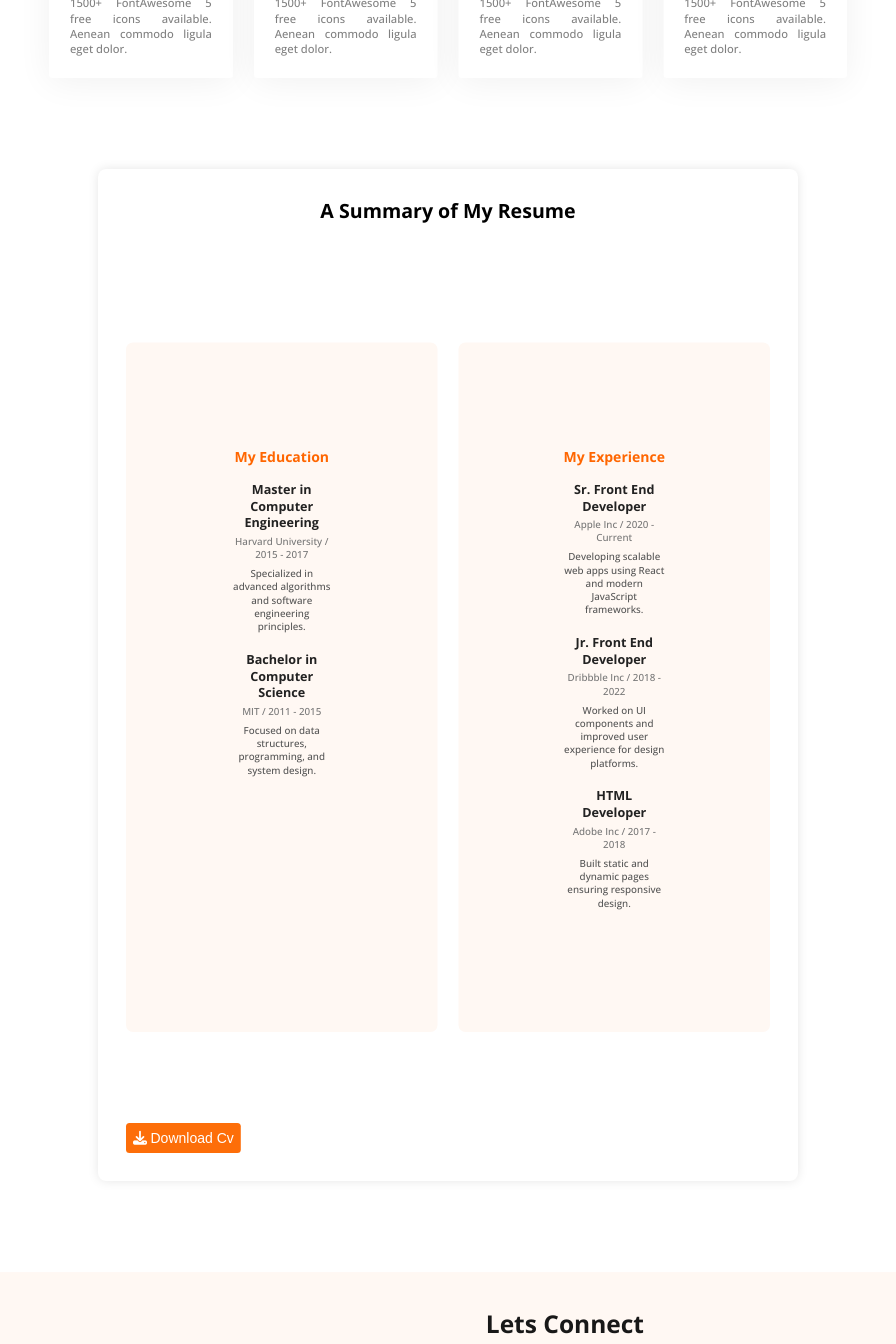
Repository: nahid-hasann/website-1
Page: index.html
The author's editor kept a copy of each file at every save. The page is drawn from the files as they stood at one save, then again after the next save.
The browser window is 1280 px wide. The pictures show the part of the page from y = 2015 to 3935 px (the page is 4383 px tall before and 4060 px after), at 70% of full size.

Above is the page before, as saved 2025-07-08 14:39:14.

### index.html
<!DOCTYPE html>
<html lang="en">
<head>
    <meta charset="UTF-8">
    <meta name="viewport" content="width=device-width, initial-scale=1.0">
    <title>Document</title>
    <link rel="preconnect" href="https://fonts.googleapis.com">
<link rel="preconnect" href="https://fonts.gstatic.com" crossorigin>
<link href="https://fonts.googleapis.com/css2?family=Open+Sans:ital,wght@0,300..800;1,300..800&display=swap" rel="stylesheet">
<link rel="stylesheet" href="style.css">
<link rel="stylesheet" href="https://cdnjs.cloudflare.com/ajax/libs/font-awesome/6.7.2/css/all.min.css" integrity="sha512-Evv84Mr4kqVGRNSgIGL/F/aIDqQb7xQ2vcrdIwxfjThSH8CSR7PBEakCr51Ck+w+/U6swU2Im1vVX0SVk9ABhg==" crossorigin="anonymous" referrerpolicy="no-referrer" />
</head>
<body class="open-sans-nahid">

<header class="main-header">
    <nav class="header">
          <div>
            <h3 class="nav-title">Ma<span style="color: #fd6e09;">r</span>y</h3>
          </div>
          <div class="menu">
            <ul>
            <li><a href="" class="dark-2" >Portfolio</a></li>
            <li><a  class="dark-2" href="">Blog</a></li>
            <li><button class="hire-me">Hire Me</button></li>
          </ul>
          </div>
    </nav>

    <div class="banner">

      <div class="banner-container">
        <h4 style="font-size: 45px; font-weight: 400;" class="dark-2">Hi, I  am</h4>
        <h1 style="font-size: 85px;">Mary Hardy</h1>
        <br>
        <p class="banner-description dark-2">
          Shot what able cold new see hold.Friendly as an betrayed formerly he. Morning because as to society behaved moments.
        </p>
        <br>
        <br>
        <button class="hire-me" style="margin-right: 20px;"><i class="fa-solid fa-download" style="margin-right: 5px;"></i>Download Cv</button>
        <button class="btn-2"><i class="fa-solid fa-phone" style="margin-right: 5px;"></i>Contact</button>
      </div>
      <img class="banner-img" src="images/hardy.png" alt="">

    </div>

</header>

<main >

  <section class="section">
      <h3 class="section-title">About Me</h3>
      <p style="font-size: 18px; color: grey; margin-top: 30px;">I, m a designer & developer with a passion for web design. I enjoy developing simple, clean and slick websites that provide real value to the end user. Thousands of clients have procured exceptional resulfs while working with me. Delivering work within time and budget which meets clients requirements in our mata.</p>

      <div class="about-items">

    <div class="about-item">
      <p class="item-title">Name:</p>
      <p class="item-description">Mary Hardy</p>
    </div>
    <div class="about-item">
      <p class="item-title">Email:</p>
      <p class="item-description">info@gmail.com</p>
    </div>
    <div class="about-item">
      <p class="item-title">Date of birth:</p>
      <p class="item-description">11 November 1987</p>
    </div>
    <div class="about-item">
      <p class="item-title">From:</p>
      <p class="item-description">Los Angeles, USA</p>
    </div>

  </div>

  </section>

  <section class="skiill">
            <h3 class="section-title">What I do</h3>
            <p style="font-size: 18px; color: grey; margin-top: 30px; width: 909px; margin: 0px auto; margin-top: 30px;">I have more than 10 years experience building software for clients all over the world. Below is a quick overview of my main technical skill sets and technologies i use. Want to find out more about my experience? Check out my online resume and project portfolio.</p>

         <div class="skills-container">

          <div class="skkis-veriation">
            <img src="images/icons/js.png" alt="" class="skiils-img">
            <p class="skills-heading">Vanilla JavaScript</p>
            <p class="skiils-description"> List skill/technologies here. You can change the icon above to any of the 1500+ FontAwesome 5 free icons available. Aenean commodo ligula eget dolor.</p>
          </div>
          <div class="skkis-veriation">
            <img src="images/icons/react.png" alt="" class="skiils-img">
            <p class="skills-heading">React</p>
            <p class="skiils-description">List skill/technologies here. You can change the icon above to any of the 1500+ FontAwesome 5 free icons available. Aenean commodo ligula eget dolor.</p>
          </div>
          <div class="skkis-veriation">
            <img src="images/icons/nodejs.png" alt="" class="skiils-img">
            <p class="skills-heading">Node.js</p>
            <p class="skiils-description">List skill/technologies here. You can change the icon above to any of the 1500+ FontAwesome 5 free icons available. Aenean commodo ligula eget dolor.</p>
          </div>
          <div class="skkis-veriation">
            <img src="images/icons/mongo.png" alt="" class="skiils-img">
            <p class="skills-heading">MongoDB</p>
            <p class="skiils-description">List skill/technologies here. You can change the icon above to any of the 1500+ FontAwesome 5 free icons available. Aenean commodo ligula eget dolor.</p>
          </div>

         </div>

  </section>

  <section>

<div class="container">
    <h2>A Summary of My Resume</h2>
    <div class="grid">
      <div class="section">
        <h3>My Education</h3>
        <div class="item">
          <h4>Master in Computer Engineering</h4>
          <span>Harvard University / 2015 - 2017</span>
          <p>Specialized in advanced algorithms and software engineering principles.</p>
        </div>
        <div class="item">
          <h4>Bachelor in Computer Science</h4>
          <span>MIT / 2011 - 2015</span>
          <p>Focused on data structures, programming, and system design.</p>
        </div>
      </div>
      <div class="section">
        <h3>My Experience</h3>
        <div class="item">
          <h4>Sr. Front End Developer</h4>
          <span>Apple Inc / 2020 - Current</span>
          <p>Developing scalable web apps using React and modern JavaScript frameworks.</p>
        </div>
        <div class="item">
          <h4>Jr. Front End Developer</h4>
          <span>Dribbble Inc / 2018 - 2022</span>
          <p>Worked on UI components and improved user experience for design platforms.</p>
        </div>
        <div class="item">
          <h4>HTML Developer</h4>
          <span>Adobe Inc / 2017 - 2018</span>
          <p>Built static and dynamic pages ensuring responsive design.</p>
        </div>
      </div>
    </div>
    <button class="hire-me" style="margin-right: 20px;"><i class="fa-solid fa-download" style="margin-right: 5px;"></i>Download Cv</button>
  </div>

  </section>

</main>

<!-- .about-items*4>p.item-title+p.item-description  -->


<footer>

     <div class="main-footer">

     <div class="footer-column">
        <h3 class="section-title">Lets Connect</h3>
        <p style="font-size: 18px; color: grey; margin: 20px 0px;">Please fill out the form on this section to contact with me or call between 9:00 A.M and 8.00 P.M ET, Monday through Friday.</p>
        <img src="images/icons/facebook.png" alt="">
        <img style="margin: 0px 20px;" src="images/icons/twitter.png" alt="">
        <img src="images/icons/insta.png" alt="">
     </div>

     <div class="footer-column">

        <h3 class="section-title" style=" margin-bottom: 30px;">Lets Connect</h3>
        <form class="form" action="">
            <input type="text" name="" placeholder="Your Name" id=""> <br>
            <input type="email" name="" placeholder="Yoour Email" id=""> <br>
            <textarea name="" placeholder="Message" id=""></textarea> <br>
            <button class="hire-me" >Submit</button>
        </form>

     </div>

</div>

</footer>


</body>
</html>

### style.css
* {
  margin: 0;
  padding: 0;
  box-sizing: border-box;
}


.open-sans-nahid {
  font-family: "Open Sans", sans-serif;
  font-optical-sizing: auto;
  font-style: normal;
  font-variation-settings: "wdth" 100;
  font-weight: 500;
}

.main-header{
    background-image: url('images/developer.png'), url('images/header_bg.png') ;
    background-repeat: no-repeat;
    background-position: 60px  28px, bottom right ;
    background-color: #fff8f3;
}



.header{
    display: flex;
    justify-content: space-around;
    gap: 250px;
    align-items: center;
    /* background-color: red; */
    padding: 15px 0px;
}

.nav-title{
    font-weight: 800;
    font-size: 45px;
}

.menu ul{
    display: flex;
    gap: 30px;
    align-items: center;
}

.menu ul li{
    list-style: none;

}

.menu ul li a{
    text-decoration: none;
    font-size: 20px;
}

.hire-me{
    background-color: #fd6e09;
    padding: 10px;
    border-radius: 5px;
    color: white;
    border: none;
    font-size: 20px;
}

.btn-2{
    padding: 10px;
    border-radius: 5px;
    color: #fd6e09;
    border: 1px solid  #fd6e09;
    font-size: 20px;
    background-color: #fff8f3;
}

.dark-2{
    color: #474747;
}

.banner-container{
    width: 585px;
}

.banner-description{
    font-size: 18px;
}

.banner-img{
    width: 584px;
    height: 676px;
}

.banner{
    display: flex;
    align-items: center;
    justify-content: space-around;
    margin: 50px 0px 0px 170px;

}

.section{
    background-color: #fff8f3;
    padding: 150px;
    text-align: center;
    border-radius: 10px;
    margin: 130px 0px;
}

.section-title{
    font-size: 35px;
    font-weight: bold;
    color: #181818;
}

main{
    max-width: 1140px;
     margin: 0px auto;
}

.about-items{
    display: flex;
    justify-content: space-between;
}

.item-title{
    font-size: 18px;
    font-weight: 300;
    color: grey;
    margin-top: 30px;
}

.item-description{
    font-size: 18px ;
    font-weight: 700;
}

.skiill{
    text-align: center;
    margin-bottom: 130px;
}

.skills-container{
    display: flex;
    margin-top: 30px;
    gap: 30px;
    text-align: justify;
}

.skkis-veriation{
    background-color: #FFFFFF;
    box-shadow: 0px 6px 50px 0px rgba(0, 0, 0, 0.06);
padding: 30px;
border-radius: 5px;
margin-top: 20px;
}

.skills-heading{
    margin: 15px 0px;
    font-size: 20px ;
    font-weight: 700px;
}

.skiils-description{
     font-size: 16px;
     color: grey;
}

.resume{
    margin-bottom: 130px;
}

.resume-container{
    display: flex;
    gap: 40px;
    margin-top: 50px;
}

.resume h3{
    margin-bottom: 100px;
}

.resume-column h3{
    font-size: 30px ;
    font-weight: 700;
    margin-bottom: 20px;
}

.resume-column-title{
    font-size: 30px;
    font-weight: 700;
}

.experience{
    padding-right: 50px;
}

.experience-title{
        font-size: 25px;
    font-weight: 700;
    margin-bottom: 5px;
}

.experience-subtitle{
    font-size: 20px;
    font-weight: 600;

    color: rgba(117, 117, 117, 1);
}

.experince-description{
    margin-top: 20px;
    margin-bottom: 20px;
    font-size: 16px;
    color: rgba(117, 117, 117, 1);
}


.main-footer{
    margin-top: 130px;
    background-color: rgba(255, 248, 243, 1);
    padding: 50px 100px;
    display: flex;
    justify-content: space-around;
    align-items: center;
}

.footer-column{
    max-width: 40%;
}

.form input{
      display: block;
      padding: 12px 20px;
      width: 441px;
      font-size: 16px;
      border: none;
      border-radius: 5px;
}

.form textarea{
     width: 441px;
     font-size: 16px;
     border: none;
      border-radius: 5px;
      display: block;
      padding: 15px 20px;
      height: 180px;
}


.container {
  max-width: 1000px;
  margin: auto;
  background: #fff;
  padding: 40px;
  box-shadow: 0 0 15px rgba(0,0,0,0.1);
  border-radius: 12px;
}

h2 {
  text-align: center;
  margin-bottom: 40px;
  font-size: 28px;
}

.grid {
  display: grid;
  grid-template-columns: 1fr 1fr;
  gap: 30px;
}

.section h3 {
  margin-bottom: 20px;
  color: #ff6600;
  font-size: 20px;
}

.item {
  margin-bottom: 25px;
}

.item h4 {
  margin: 0 0 5px;
  font-size: 18px;
  color: #222;
}

.item span {
  display: block;
  color: #777;
  font-size: 14px;
  margin-bottom: 8px;
}

.item p {
  margin: 0;
  font-size: 14px;
  color: #555;
}

After the next save:
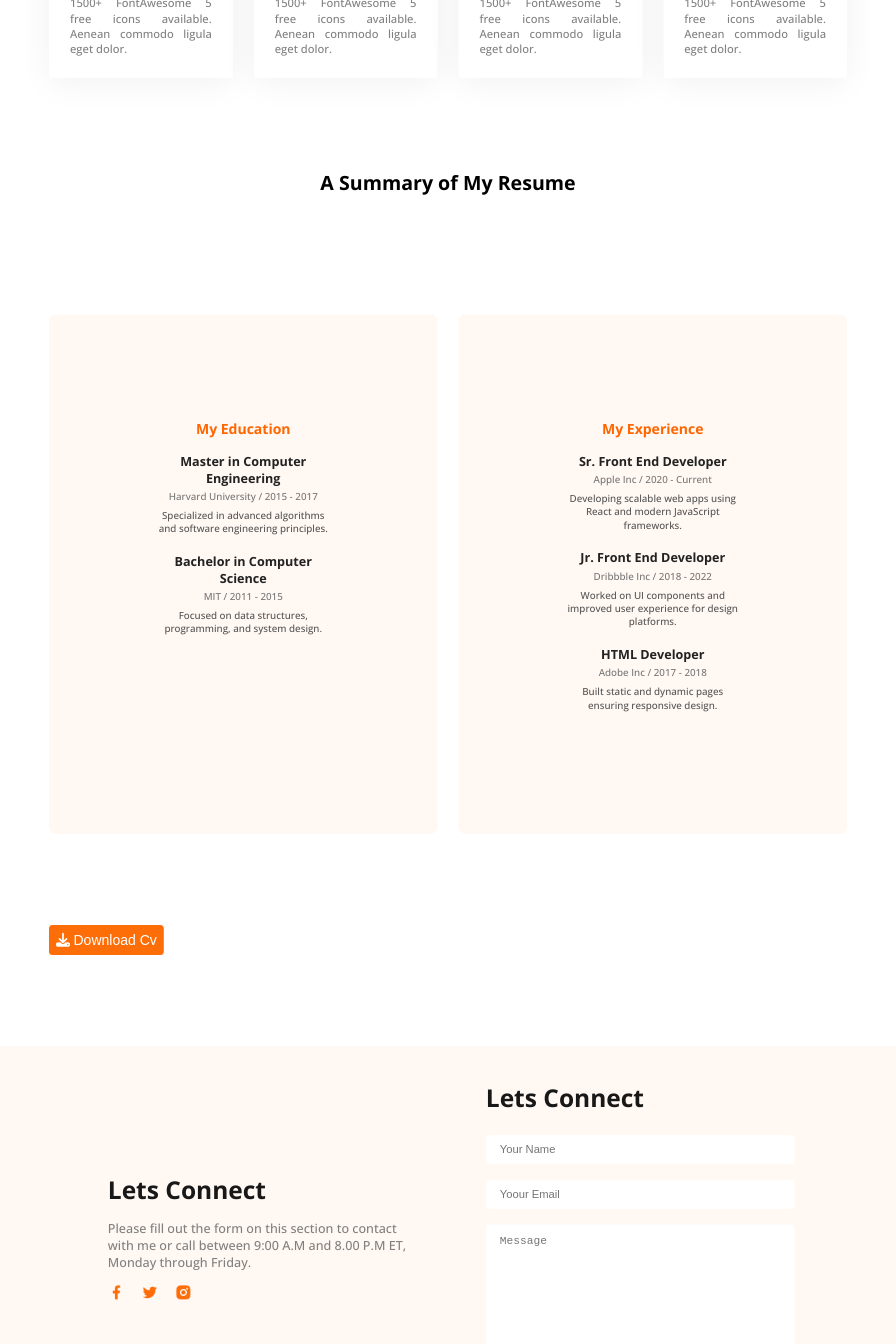
Saved 15 min 42 s later.
--- a/index.html
+++ b/index.html
@@ -108,7 +108,7 @@
 
   <section>
 
-<div class="container">
+<div class="container-m">
     <h2>A Summary of My Resume</h2>
     <div class="grid">
       <div class="section">

After the save that followed:
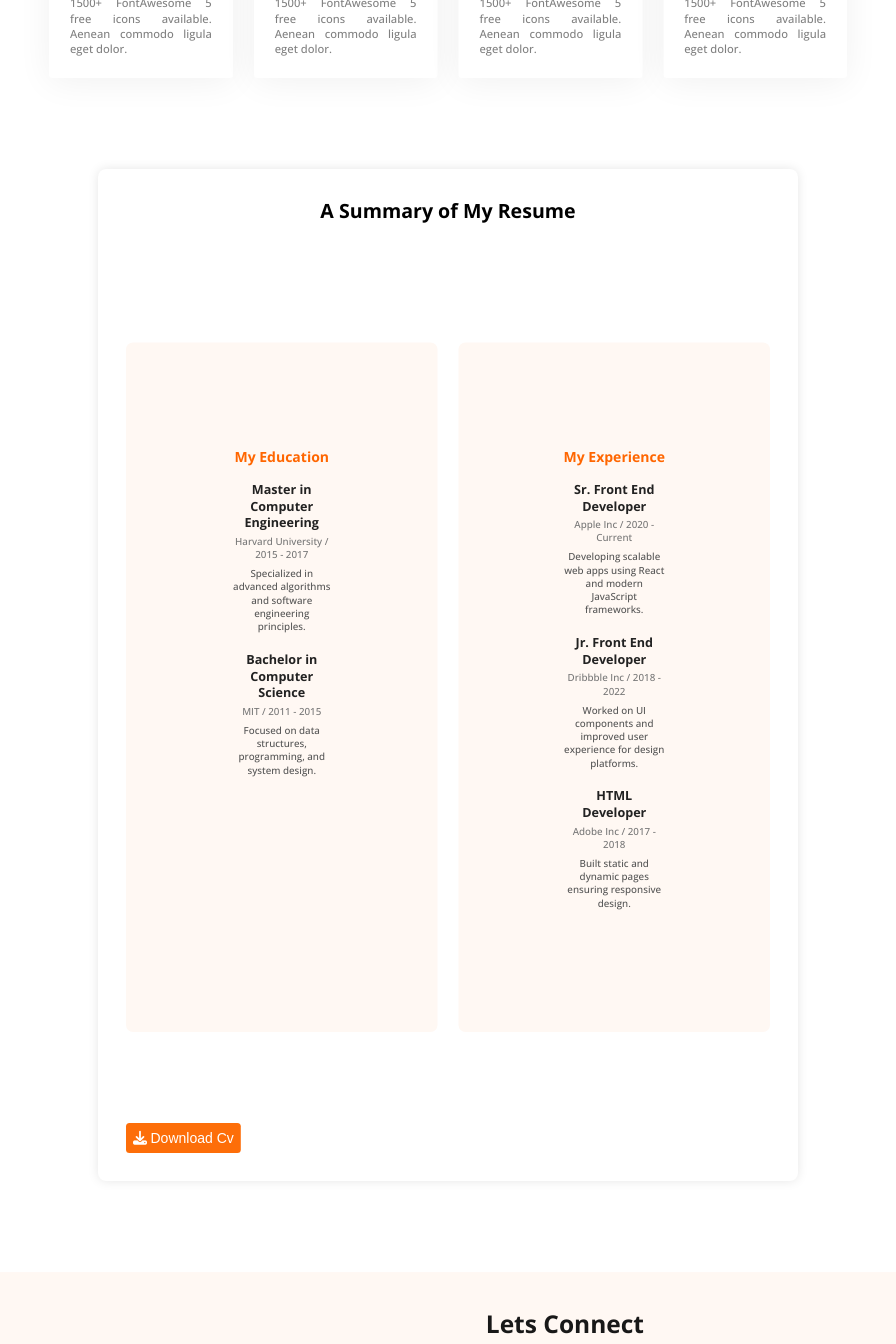
Saved 16 s later.
--- a/style.css
+++ b/style.css
@@ -245,7 +245,7 @@ margin-top: 20px;
 }
 
 
-.container {
+.container-m{
   max-width: 1000px;
   margin: auto;
   background: #fff;
